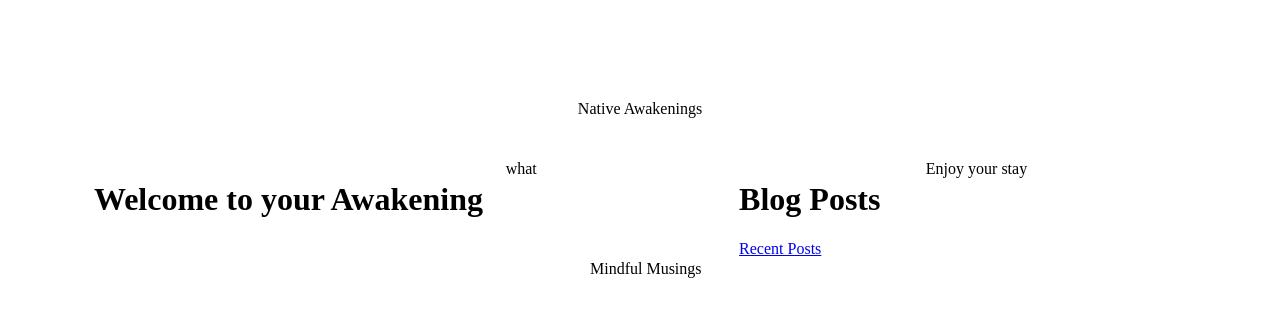
Repository: Gregg-Hendrix/blog-project
Page: index.html
The author's editor kept a copy of each file at every save. The page is drawn from the files as they stood at one save, then again after a run of saves.
The browser window is 1280 px wide. The pictures show the whole page.

Above is the page before, as saved 2021-03-15 13:54:34.

After the next 3 saves:
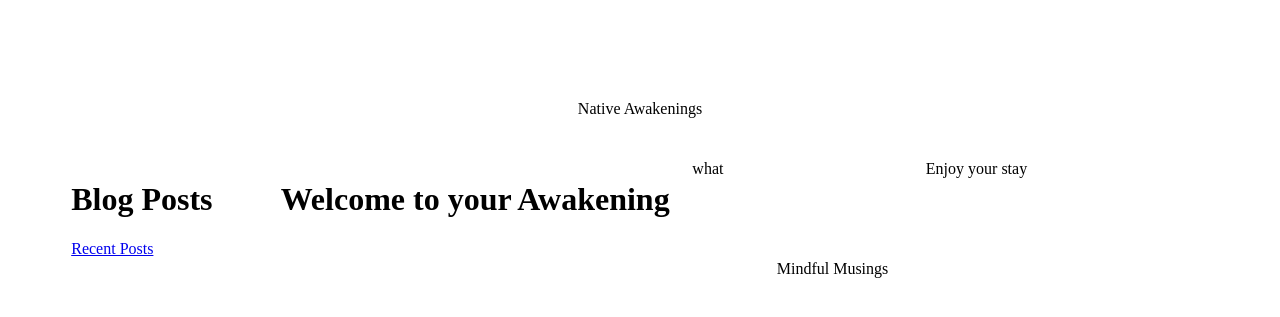
The 3 saves are shown as one change because they came seconds apart.
The last was saved 31 s later.
--- a/index.html
+++ b/index.html
@@ -14,7 +14,7 @@
             <h1 class="intro">Welcome to your Awakening</h1>
             <nav>what</nav>
             <article class="container">Mindful Musings</article>
-            <sidebar><h1>Blog Posts</h1><a href="meditation.html">Recent Posts</a></sidebar>
+            <sidebar class="sidebar"><h1>Blog Posts</h1><a href="meditation.html">Recent Posts</a></sidebar>
             <footer>Enjoy your stay</footer>
         </div>
     </body>
